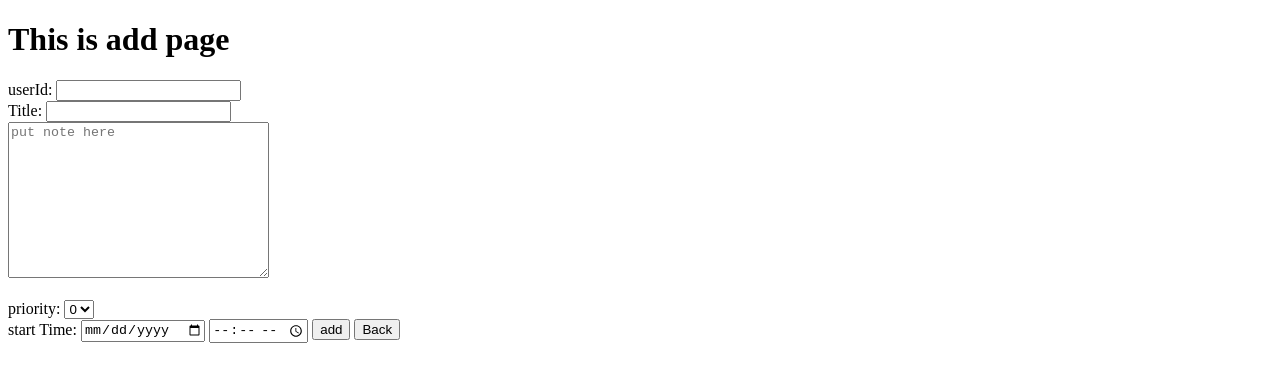
Repository: iamBoWu/CMPT370
Page: http://localhost/addevent
These files come from the project's save history. The page is drawn as it stood at one moment and after the next save; the edit follows.
The browser window is 1280 px wide. The pictures show the whole page.
The page is this project's Thymeleaf template; nobody is signed in. The template is opened directly, without the code that normally fills it, so the values that code supplies are empty.

Above is the page before, as saved 2020-03-05 16:41:36.

### 370ProjectBackend/370project/src/main/resources/templates/addevent.html
<!DOCTYPE html>
<html lang="en" xmlns:th="http://www.thymeleaf.org">
<head>
<meta charset="UTF-8">
<title>addevent</title>
    <script type="text/javascript" th:src="@{/js/jquery.min.js}" ></script>

	  <script th:inline="javascript">
	    var eventid = [[${session.EventId}]];

	    function submitAdd(){
	    	var req = {};
	    	req.userId = $('#userId').val().trim();
	    	req.eventTitle = $('#eventTitle').val().trim();
	    	req.note = $('#note').val().trim();
	    	req.priority = $('#priority').val().trim();

	    	$.ajax({
	    		  type: "POST",
	    		  url: "/event/addevent",
	    		  data: JSON.stringify(req),
	    		  success: function(){
	    			  back();
	    		  },
	    		  contentType : "application/json"
	    		});
	    }


	    function back(){
	    	location.href = "/calender/";
	    }

	    </script>

</head>
<body>
				<h1>This is add page</h1>


	            	<p1>userId: </p1>
               		<input id="userId" name="userId"  type="text"  th:value="${session.UserId}"  readonly="readonly"><br>
               		<p1 >Title: </p1>
               		<input id="eventTitle"  name="eventTitle"  type="text"  required><br>
					  <textarea id="note" name="note" placeholder="put note here" rows="10" cols="30" required></textarea>
					  <br><br>
               		<p1>priority: </p1>
					  <select id="priority" name="priority">
					    <option value="0">0</option>
					    <option value="1">1</option>
					    <option value="2">2</option>
					    <option value="3">3</option>
					  </select><br>
					<label for="startTime">start Time:</label>
					<input type="date" id="startTime" name="startTime">
					<input type="time" id="Time" name="Time">

               <button  onclick="submitAdd()">add</button>

               <button onclick="back()" class="button"> Back</button>

</body>
</html>

Loaded but not shown: 370ProjectBackend/370project/src/main/resources/static/js/jquery.min.js (library)

After the next save:
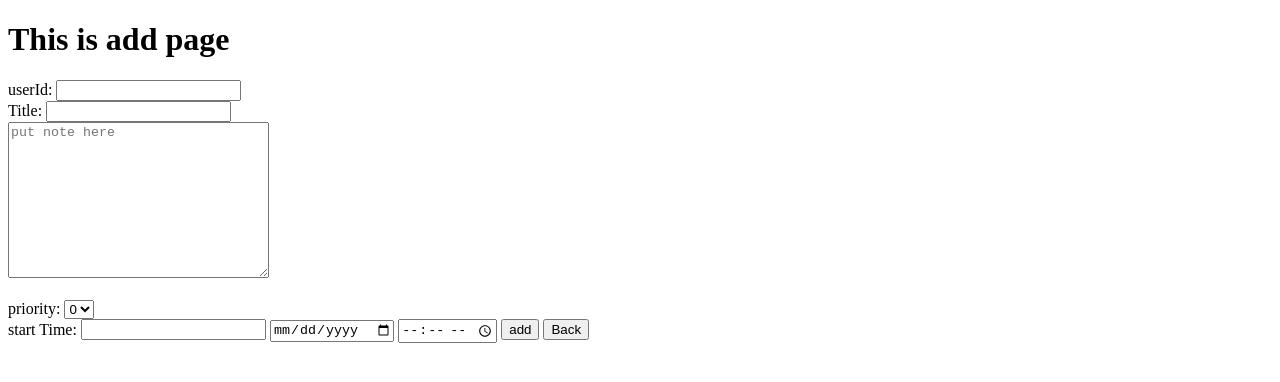
Saved 78 s later.
--- a/370ProjectBackend/370project/src/main/resources/templates/addevent.html
+++ b/370ProjectBackend/370project/src/main/resources/templates/addevent.html
@@ -52,6 +52,7 @@
 					    <option value="3">3</option>
 					  </select><br>
 					<label for="startTime">start Time:</label>
+					<input type="dateTime" id="Time" name="Time">
 					<input type="date" id="startTime" name="startTime">
 					<input type="time" id="Time" name="Time">
 
